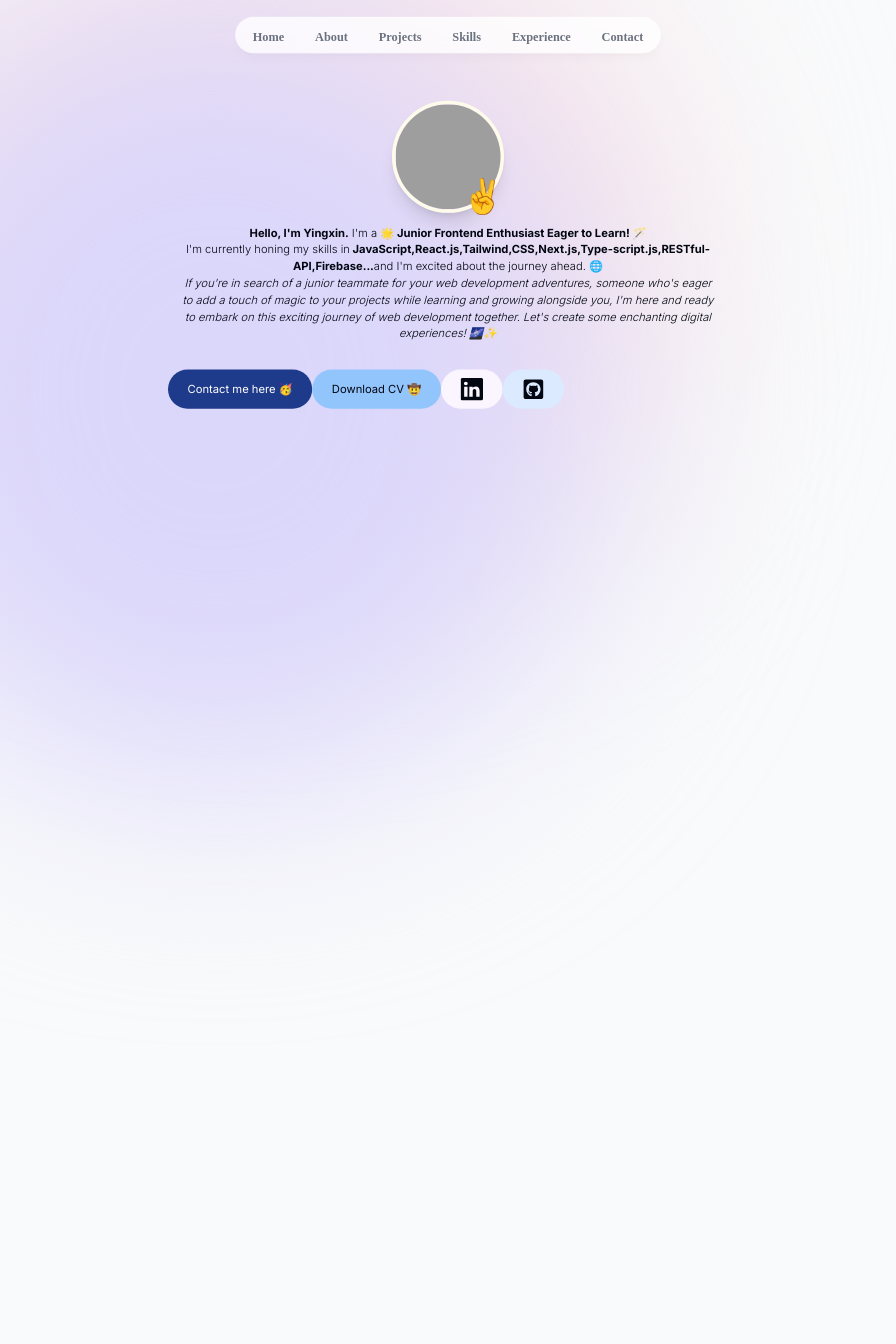
Repository: Tracy-maker/portfolio_website
Page: /
An editor plug-in stored every save of this project. The page is shown before and after the next save, followed by the edit.
The browser window is 1280 px wide. The pictures show the part of the page from y = 0 to 1920 px (the page is 5000 px tall), at 70% of full size.
Pictures or frames that could not be fetched are drawn as grey boxes. The project was rebuilt for these pictures with package versions that can differ from the ones it lists, and the page was loaded fresh each time. The framework's server and built-in components were replaced by stand-ins that run in the browser. Also part of the build but not shown: next.config.js.

Above is the page before, as saved 2023-10-06 11:31:42.

After the next save:
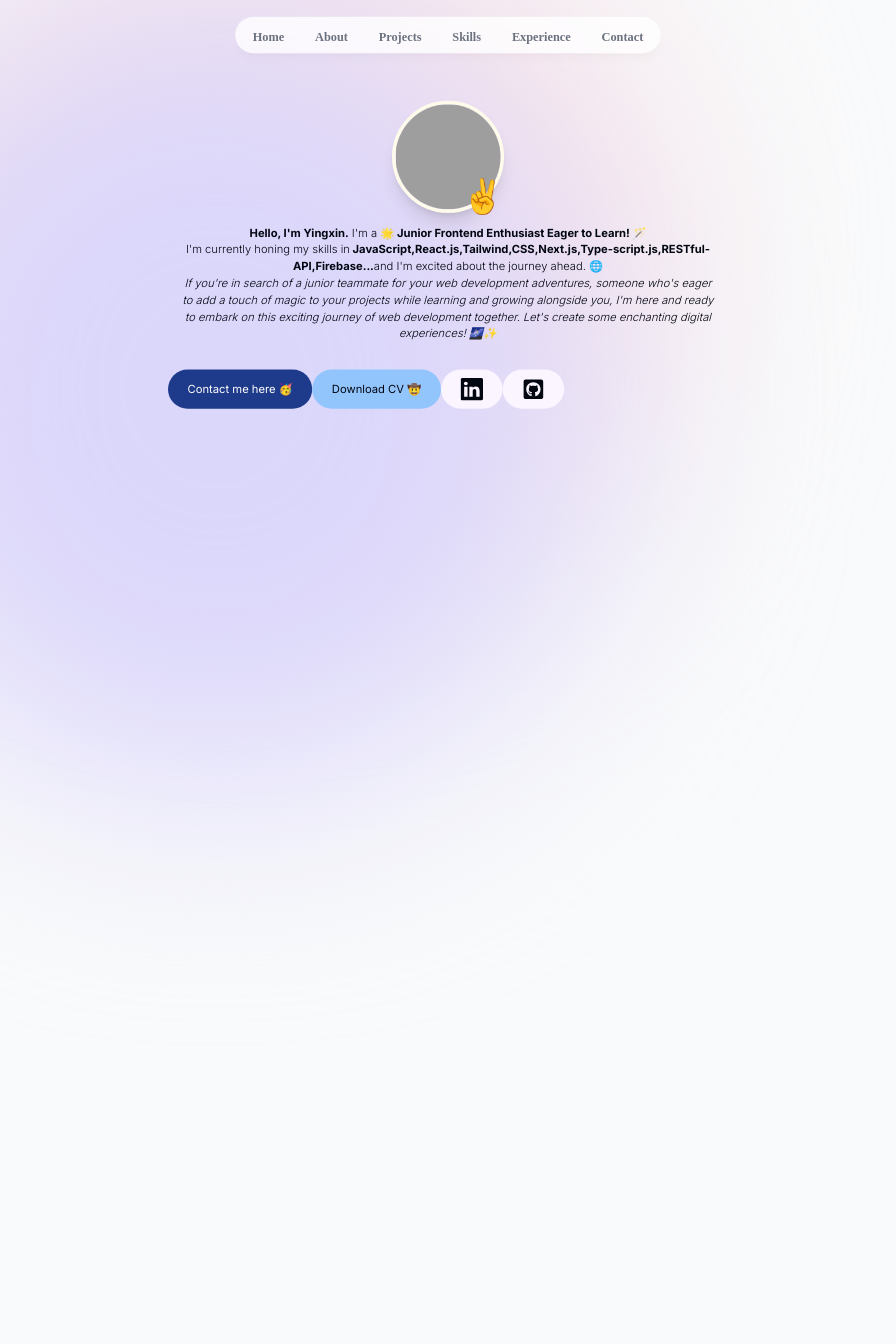
Saved 10 s later.
--- a/components/intro.tsx
+++ b/components/intro.tsx
@@ -85,7 +85,7 @@ export default function Intro() {
         <a className="bg-purple-50 px-7 py-3 flex items-center gap-2 rounded-full text-[2rem]">
           <BsLinkedin />
         </a>
-        <a className="bg-blue-100 px-7 py-3 flex items-center gap-2 rounded-full text-[2rem]">
+        <a className="bg-purple-50 px-7 py-3 flex items-center gap-2 rounded-full text-[2rem]">
           <FaGithubSquare />
         </a>
       </div>
